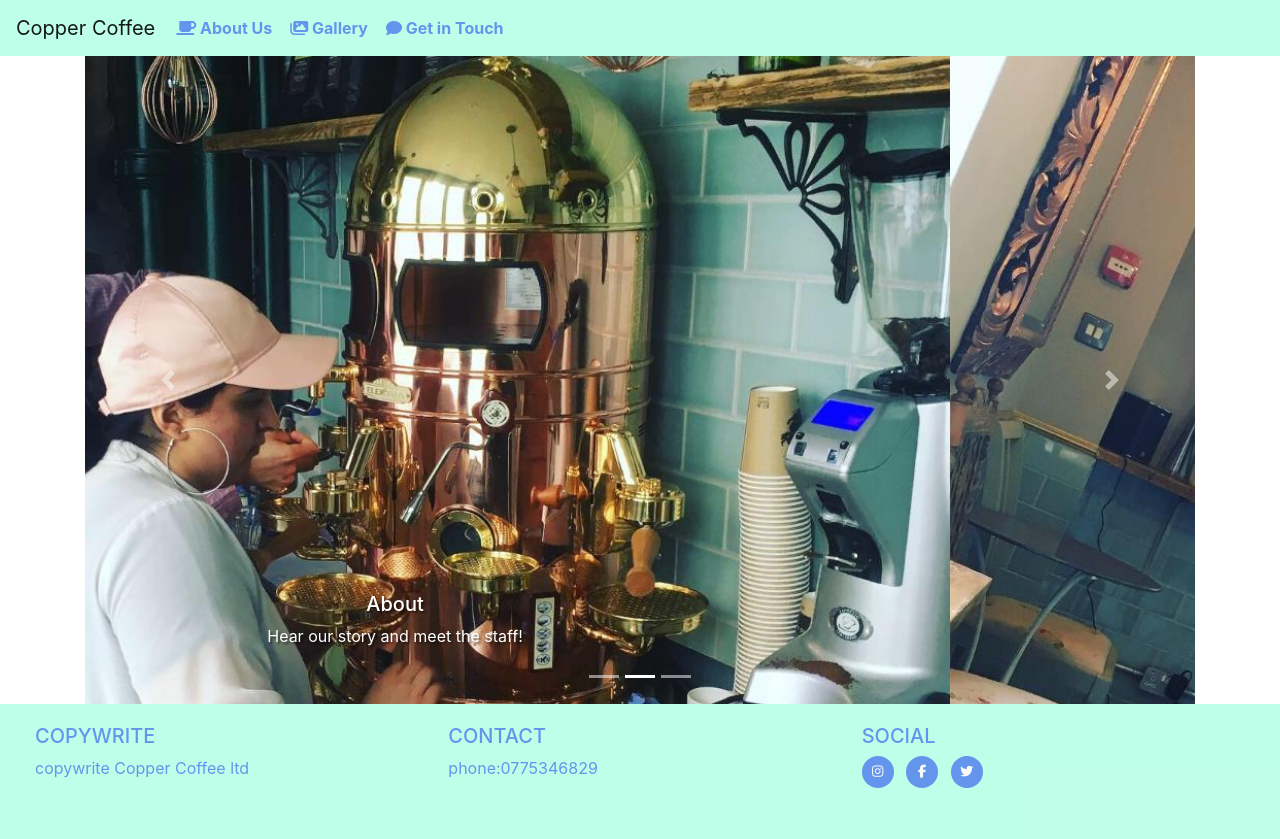
Repository: Matt-F90/milestone
Page: index.html
The author's editor kept a record of every edit. The page is drawn from the files as they stood at one moment, then again after the next edit.
The browser window is 1280 px wide. The pictures show the whole page.
Some web libraries are served in a nearby version.

Above is the page before.
Console error: TypeError: Cannot read properties of undefined (reading 'fn')

### index.html
<!DOCTYPE html>
<html lang="en">

<head>
    <meta charset="UTF-8">
    <meta name="viewport" content="width=device-width, initial-scale=1.0">
    <meta http-equiv="X-UA-Compatible" content="ie=edge">
    <title>Copper Coffee London</title>

    <link rel="stylesheet" href="https://stackpath.bootstrapcdn.com/bootstrap/4.1.3/css/bootstrap.min.css" integrity="sha384-MCw98/SFnGE8fJT3GXwEOngsV7Zt27NXFoaoApmYm81iuXoPkFOJwJ8ERdknLPMO" crossorigin="anonymous">
    <script src="https://stackpath.bootstrapcdn.com/bootstrap/4.1.3/js/bootstrap.min.js" integrity="sha384-ChfqqxuZUCnJSK3+MXmPNIyE6ZbWh2IMqE241rYiqJxyMiZ6OW/JmZQ5stwEULTy" crossorigin="anonymous"></script>
    <script src="https://kit.fontawesome.com/f919e2be21.js" crossorigin="anonymous"></script>
    <link href="https://fonts.googleapis.com/css?family=Noto+Sans:400,700&display=swap" rel="stylesheet">
    <link rel="stylesheet" href="css/style.css" type="text/css" />
</head>

<body>

    <!------------------------------------------------------------------------------------nav--->
    <div class="navbar-container">

        <nav class="navbar navbar-light navbar-expand-sm">
            <a href="index.html" class="navbar-brand">Copper Coffee</a>


            <button class="navbar-toggler ml-auto" type="button" data-toggle="collapse" data-target="#navbarNavDropdown" aria-controls="navbarNavDropdown" aria-expanded="false" aria-lable="toggle navigation">
           <span class="navbar-toggler-icon"></span></button>

            <div class="collapse navbar-collapse" id=navbarNavDropdown>
                <ul class="navbar-nav mr-auto">
                    <li class="nav-item mr-2"><a class "nav-link" href="about.html"><i class="fas fa-coffee"></i> About Us</a></li>
                    <li class="nav-item mr-2"><a class "nav-link" href="gallery.html"><i class="fas fa-images"></i> Gallery</a></li>
                    <li class="nav-item mr-2"><a class "nav-link" href="contact.html"><i class="fas fa-comment"></i> Get in Touch</a></li>
                </ul>
            </div>
        </nav>
    </div>

    <!---------------------------------------------------------------------------------------------div--->
<div class="container container-fluid">

        <div id="carouselExampleIndicators" class="carousel slide" data-ride="carousel">
        <ol class="carousel-indicators">
            <li data-target="#carouselExampleIndicators" data-slide-to="0" class="active"></li>
            <li data-target="#carouselExampleIndicators" data-slide-to="1"></li>
            <li data-target="#carouselExampleIndicators" data-slide-to="2"></li>
        </ol>
        <div class="carousel-inner">
            <div class="carousel-item active">
                <img class="imgheight d-block" src="./assets/images/about.jpg" alt="First slide">
                <div class="carousel-caption">
                    <h5>About</h5>
                    <p>Hear our story and meet the staff!</p>
                </div>
            </div>
            <div class="carousel-item">
                <img class="imgheight d-block" src="./assets/images/gallery.jpg" alt="Second slide">
                <div class="carousel-caption">
                    <h5>Gallery</h5>
                    <p>Check out our beautiful London store!</p>
                </div>
            </div>
            <div class="carousel-item">
                <img class="imgheight d-block" src="./assets/images/contact.jpg" alt="Third slide">
                <div class="carousel-caption">
                    <h5>Contact</h5>
                    <p>Get in touch and share your ideas!</p>
                </div>
            </div>
        </div>
        <a class="carousel-control-prev" href="#carouselExampleIndicators" role="button" data-slide="prev">
    <span class="carousel-control-prev-icon" aria-hidden="true"></span>
    <span class="sr-only">Previous</span>
  </a>
        <a class="carousel-control-next" href="#carouselExampleIndicators" role="button" data-slide="next">
    <span class="carousel-control-next-icon" aria-hidden="true"></span>
    <span class="sr-only">Next</span>
  </a>
    </div>
    </div>

    <!----------------------------------------------------------------footer------------>

    <footer class="container-fluid">
        <div id="footer-details" class="row">
            <div class="col-sm-4">
                <h5 class="gernal-sub uppercase">copywrite</h5>
                <p class="inline-block">
                    copywrite Copper Coffee ltd
                </p>
            </div>
            <div class="col-sm-4">
                <h5 class="gernal-sub uppercase">contact</h5>
                <p class="inline-block">
                    phone:0775346829
                </p>
            </div>
            <div class="col-sm-4">
                <h5 class="gernal-sub uppercase">social</h5>
                <ul class="list-inline social-links">
                    <li class="list-inline-item">
                        <a target="_blank" href="#">
                        <i class="fab fa-instagram" aria-hidden="true"></i></a>
                        <span class="sr-only">instagram</span>
                    </li>
                    <li class="list-inline-item">
                        <a target="_blank" href="#">
                        <i class="fab fa-facebook-f" aria-hidden="true"></i></a>
                        <span class="sr-only">facebook</span>
                    </li>
                    <li class="list-inline-item">
                        <a target="_blank" href="#">
                        <i class="fab fa-twitter" aria-hidden="true"></i></a>
                        <span class="sr-only">twitter</span>
                    </li>
                </ul>
            </div>
        </div>

    </footer>

    <script src="https://code.jquery.com/jquery-3.3.1.slim.min.js" integrity="sha384-q8i/X+965DzO0rT7abK41JStQIAqVgRVzpbzo5smXKp4YfRvH+8abtTE1Pi6jizo" crossorigin="anonymous"></script>
    <script src="https://cdnjs.cloudflare.com/ajax/libs/popper.js/1.14.3/umd/popper.min.js" integrity="sha384-ZMP7rVo3mIykV+2+9J3UJ46jBk0WLaUAdn689aCwoqbBJiSnjAK/l8WvCWPIPm49" crossorigin="anonymous"></script>
    <script src="https://stackpath.bootstrapcdn.com/bootstrap/4.1.3/js/bootstrap.min.js" integrity="sha384-ChfqqxuZUCnJSK3+MXmPNIyE6ZbWh2IMqE241rYiqJxyMiZ6OW/JmZQ5stwEULTy" crossorigin="anonymous"></script>
</body>

</html>

### css/style.css
/*----navbar....*/

.navbar-contaner {
    position: absolute;
    top: 0;
    left: 0;
    padding-left: 0;
    padding-right: 0;
}

.navbar {
    margin-bottom: 0;
    border: 0;
    width: 100%;
    background-color: rgba(127, 255, 212, 0.5);
}

.navbar .navbar-toggler {
    border: 0;
}

.navbar .navbar-nav a {
    font-weight: 700;
    color: #6495ED;
    padding: 5px;
}

.navbar .navbar-nav a:hover {
    color: rgb(0, 0, 255);
    transition: 1s
}

.nav_fix{
    position: fixed;
    z-index: 100;
    width: 100%;
    background-color: #bfffea;
}

/*----index....*/

.imgheight {
   height: auto;
   width: 100%;
}

.carousel-inner {
    height: 90vh;
}

.carousel-item {
  height:90vh;
}

.carousel-container{
    padding:0;
}

.carousel-caption{
    text-shadow: 2px 2px 2px rgba(0,0,0,0.5);
}

/*----special padding, margins text....*/

h1,
h2,
h3,
h4 {
    margin: 0;
}

.uppercase {
    text-transform: uppercase;
}

.general-sub {
    font-family: 'Noto Sans', sans-serif;
    font-weight: 300;
    color: black;
    padding: 10px;
    text-align: center;
}

.inline-block {
    display: inline-block;
}

.background-container {
    background: url("../assets/images/backgroundimg.jpg");
    height:100%;
    width: 100%;
    margin: 0;
    padding: 15px;
    background-size: cover;
   -webkit-background-size: cover;
    -moz-background-size: cover;
    -o-background-size: cover;
}

/*----About....*/

.staff-container {
  padding: 5px;
  padding-bottom: 10px;
}

.flip-card {
  background-color: transparent;
  width: 300px;
  height: 300px;
  border: 0px solid #f1f1f1;
  margin: auto;
  perspective: 1000px;
}

  .flip-card-inner {
  position: relative;
  width: 100%;
  height: 100%;
  text-align: center;
  transition: transform 0.8s;
  transform-style: preserve-3d;
  }

  .flip-card:hover .flip-card-inner {
  transform: rotateY(180deg);
  }

  .flip-card-front, .flip-card-back {
  position: absolute;
  width: 100%;
  height: 100%;
  backface-visibility: hidden;
  }

  .flip-card-front {
  background-color: #bbb;
  color: black;
}

.flip-card-back {
  background-color: dodgerblue;
  color: white;
  transform: rotateY(180deg);
}

/*----footer....*/

footer {
    background-color: rgba(127, 255, 212, 0.5);
    color: #6495ED;
    min-height: 120px;
    margin: 0;
    width: 100%
}

.social-links {
    padding-bottom: 15px;
}

.social-links li a i {
    width: 32px;
    height: 32px;
    padding: 12px 0;
    border-radius: 50%;
    font-size: 13px;
    line-height: 7px;
    text-align: center;
    color: #fafafa;
    background-color: #6495ED;
    -moz-transition: all 0.35s ease-in-out;
    -webkit-transition: all 0.35s ease-in-out;
    -o-transition: all 0.35s ease-in-out;
}

.social-links li a i:hover {
    width: 32px;
    height: 32px;
    padding: 12px 0;
    border-radius: 50%;
    font-size: 13px;
    line-height: 7px;
    text-align: center;
    color: #fafafa;
    background-color: rgb(0, 0, 255);
    -moz-transition: all 0.35s ease-in-out;
    -webkit-transition: all 0.35s ease-in-out;
    -o-transition: all 0.35s ease-in-out;
}

#footer-details {
    padding: 20px;
}

.middle{
    text-align: center;
}


/*----contact/form....*/


.center-form {
    padding-top: 10px;
    margin: 0 auto;
    max-width: 70%;
}

button[type="submit"] {
    margin-top: 15px;
    margin-bottom: 20px;
    color: #fafafa;
}

iframe {
    width: 100% !important;
    padding-bottom: 10px;
}

.opening-times {
    text-align: center
}

/*----mobile css....*/
@media only screen and (max-width: 800px) {


.imgheight {
    height: 100%;
    width: 100%;
    position: absolute;
    object-fit: cover;
  }



}

After the next edit:
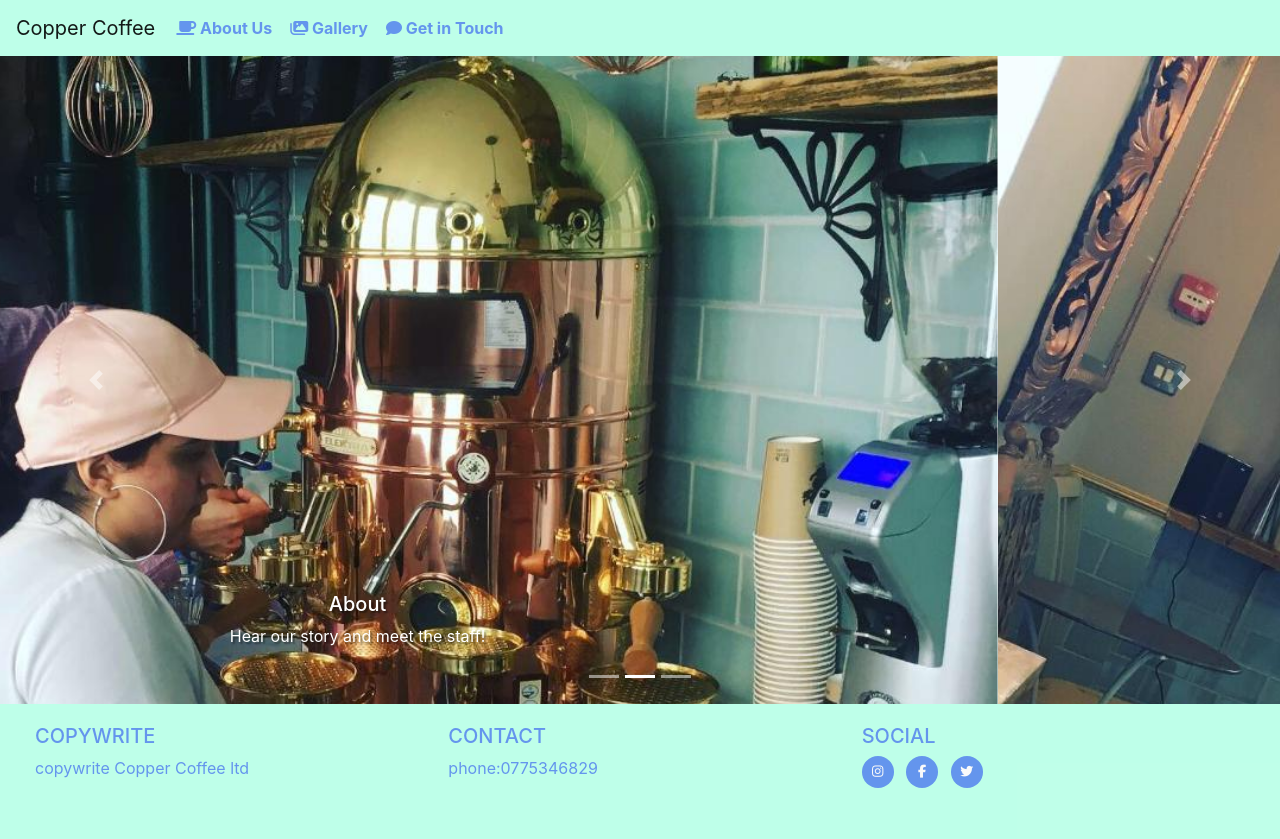
The edit:
--- a/index.html
+++ b/index.html
@@ -37,7 +37,7 @@
     </div>
 
     <!---------------------------------------------------------------------------------------------div--->
-<div class="container container-fluid">
+<div class="carousel-container container-fluid">
 
         <div id="carouselExampleIndicators" class="carousel slide" data-ride="carousel">
         <ol class="carousel-indicators">
